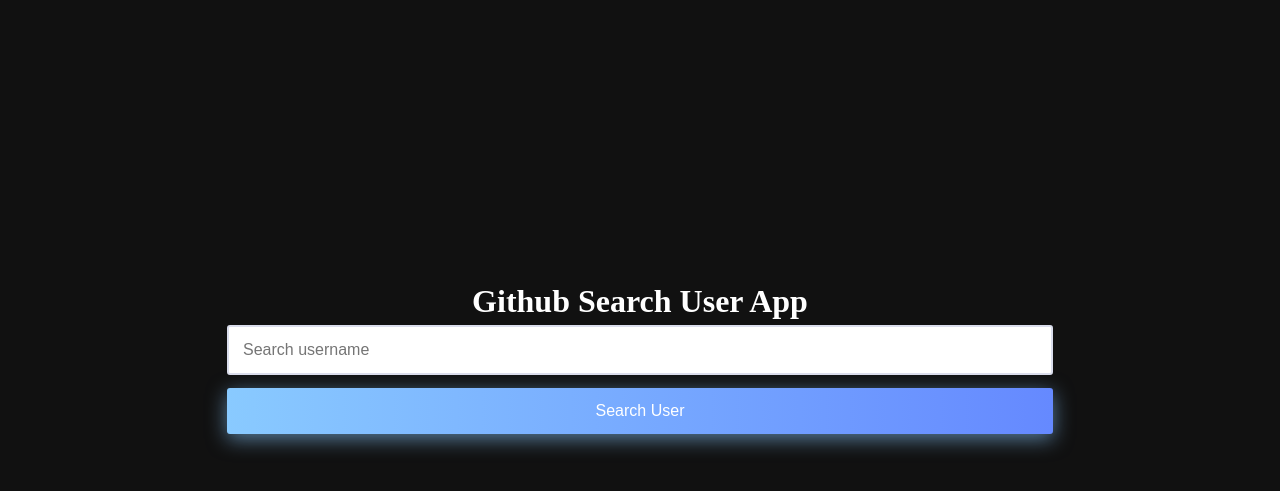
Repository: solox-cyber/Github-search-user
Page: index.html
The author's editor kept a copy of each file at every save. The page is drawn from the files as they stood at one save, then again after a run of saves.
The browser window is 1280 px wide. The pictures show the whole page.

Above is the page before, as saved 2023-03-25 18:37:54.

After the next 2 saves:
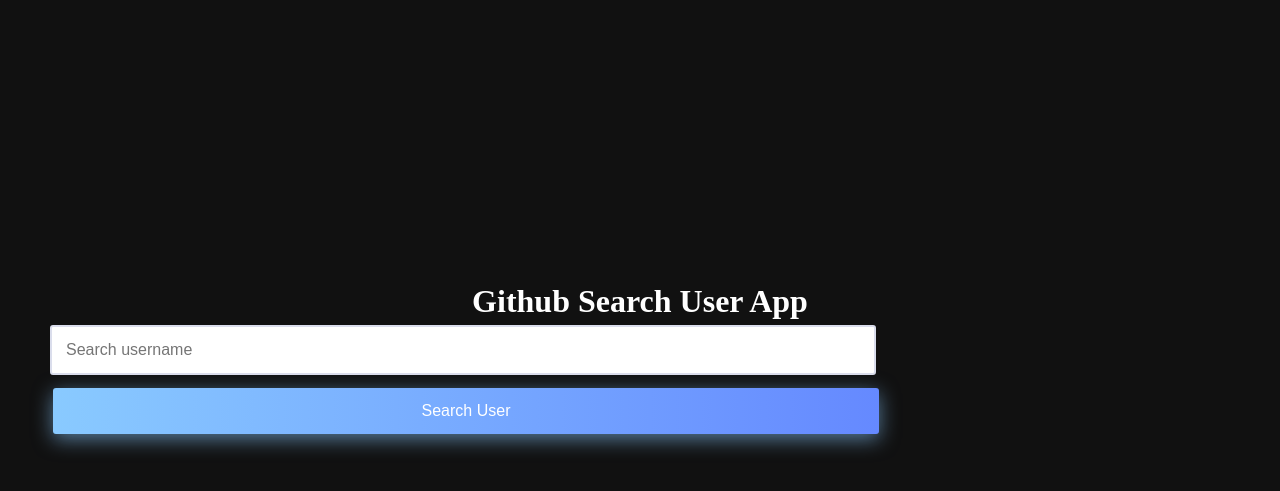
The 2 saves are shown as one change because they came seconds apart.
The last was saved 11 s later.
--- a/style.css
+++ b/style.css
@@ -17,7 +17,6 @@
     padding:50px 50px;
     justify-content: center;
     align-content: center;
-    text-align: center;
 }
 
 .container h1{
@@ -46,7 +45,6 @@
       }
 
       button {
-        display: block;
         background-image: linear-gradient(to right, #89CAFF, #6589FF);
         display: block;
         color: #fff;
@@ -54,8 +52,6 @@
         cursor: pointer;
         box-shadow: 0 5px 20px #89caff94;
         transition: box-shadow .3s ease-in-out;
-       align-self: center;
-       justify-self: center;
       }
 
       button:hover {
